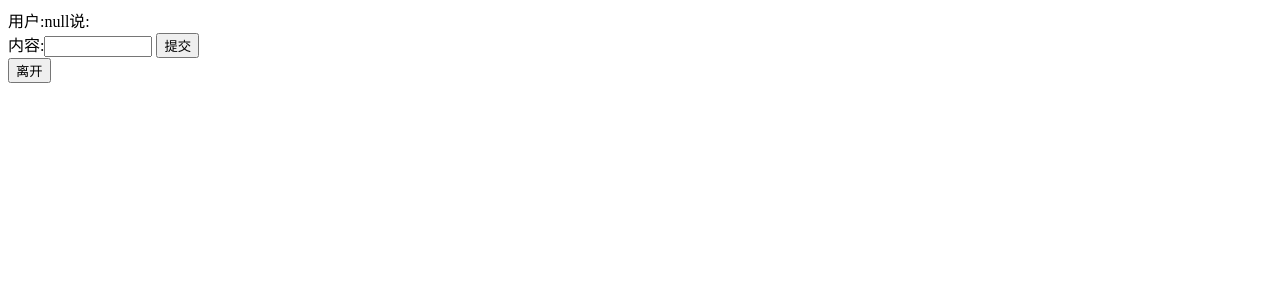
Repository: shunchensaber/Javaweb
Page: http://localhost/Web/JSP/chat_down.jsp
The author's editor kept a copy of each file at every save. The page is drawn from the files as they stood at one save, then again after the next save.
The browser window is 1280 px wide. The pictures show the whole page.
The page is served by Tomcat 9.

Above is the page before, as saved 2019-04-01 11:26:42.

### Web/WebContent/JSP/chat_down.jsp
<%@ page language="java" contentType="text/html; charset=UTF-8"
    pageEncoding="UTF-8"%>
<!DOCTYPE html>
<html>
<head>
<meta charset="UTF-8">
<title>Insert title here</title>
</head>
<body>

<%
out.print("用户:"+session.getAttribute("username")+"说:");
%>
<form action="">
内容:<input type="text" style= "width: 100px;" id="content";>
<button type="submit" >提交</button><br>
<button >离开</button>
</form>

</body>
</html>

After the next save:
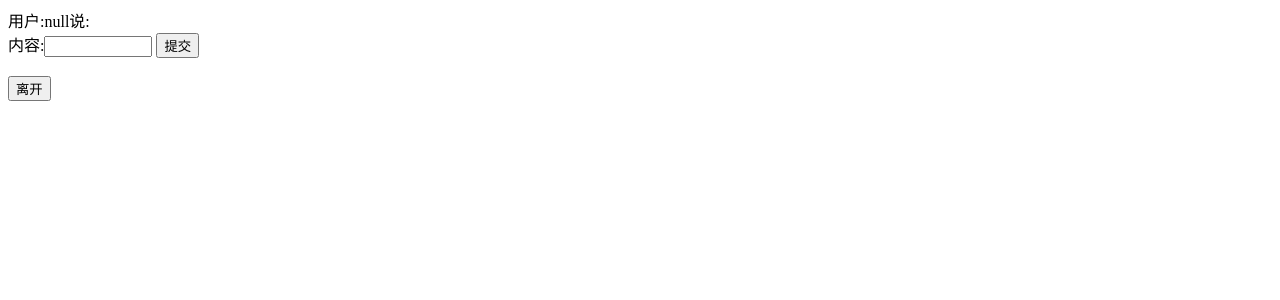
Saved 20 s later.
--- a/Web/WebContent/JSP/chat_down.jsp
+++ b/Web/WebContent/JSP/chat_down.jsp
@@ -13,7 +13,7 @@ out.print("用户:"+session.getAttribute("username")+"说:");
 %>
 <form action="">
 内容:<input type="text" style= "width: 100px;" id="content";>
-<button type="submit" >提交</button><br>
+<button type="submit" >提交</button><br><br>
 <button >离开</button>
 </form>
 
